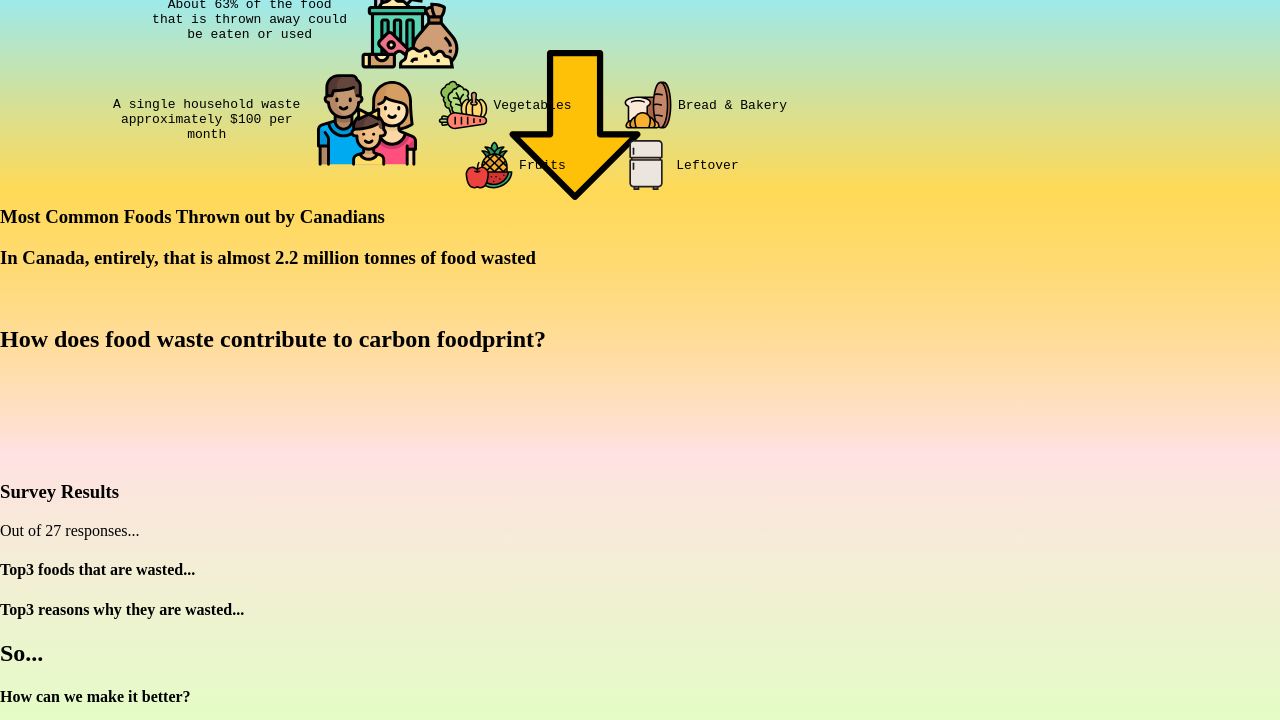
Repository: iorid3/Midterm
Page: index.html
An editor plug-in stored every save of this project. The page is shown before and after the next save, followed by the edit.
The browser window is 1280 px wide. The pictures show the whole page.
An inner scrolling area shows only its first screen.

Above is the page before, as saved 2021-03-08 12:42:12.
Not found: Images/crowd.svg

After the next save:
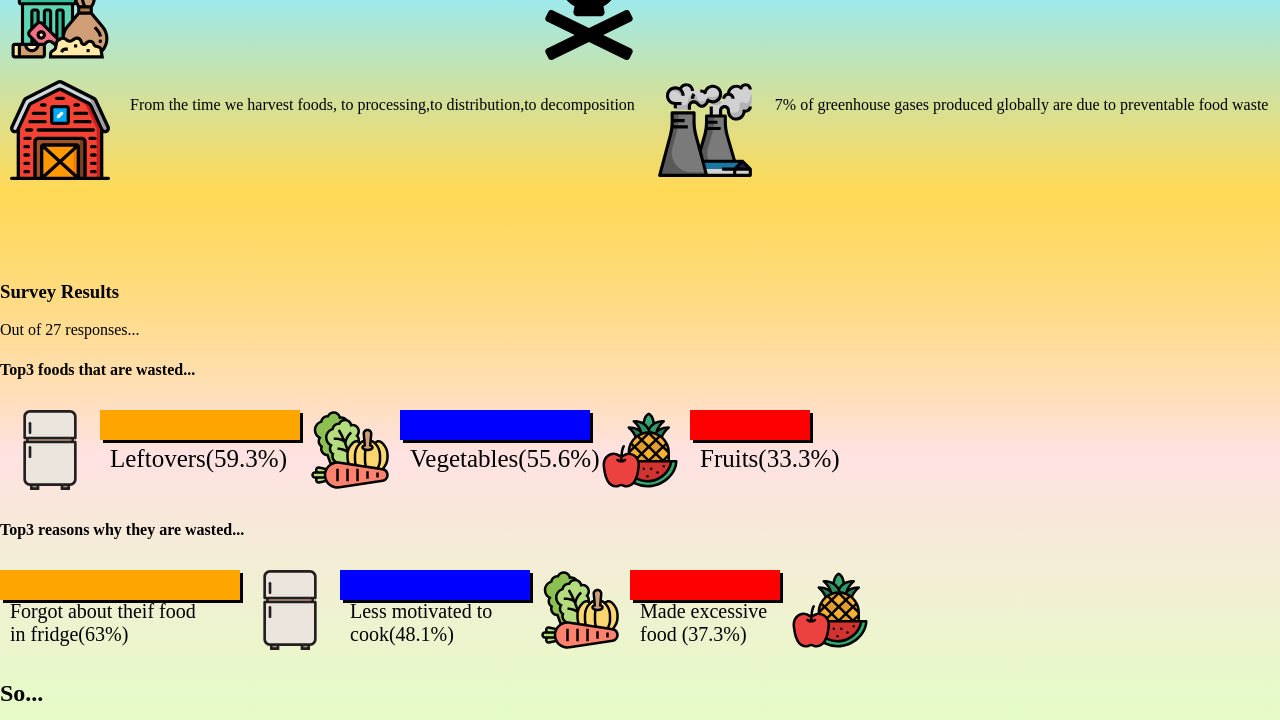
Saved 109 s later.
--- a/index.js
+++ b/index.js
@@ -1,23 +1,11 @@
 
-
-
-
-
-
-
-
-
-
-//add claudia's componenets
-
-document.querySelector(".comp3_1").innerHTML += Comp3UI('Average Canadian wastes 140kg of food in a year', 'Images/crowd.svg')
-document.querySelector(".comp3_2").innerHTML += Comp3UI('That’s worth about $1,100 Canadian dollars', 'Images/plant.svg')
-document.querySelector(".comp3_3").innerHTML += Comp3UI('About 63% of the food that is thrown away could be eaten or used', 'Images/garbage.svg')
-document.querySelector(".comp3_4").innerHTML += Comp3UI('A single household waste approximately $100 per month', 'Images/family.svg')
-
-document.querySelector(".comp4_1").innerHTML += Comp4UI('Images/vegetable.svg', 'Vegetables',70,370)
-document.querySelector(".comp4_2").innerHTML += Comp4UI('Images/bread.svg', 'Bread & Bakery',70,570)
-document.querySelector(".comp4_3").innerHTML += Comp4UI('Images/fruits.svg', 'Fruits',130,380)
-document.querySelector(".comp4_4").innerHTML += Comp4UI('Images/fridge.svg', 'Leftover',130,545)
-
-document.querySelector(".comp5").innerHTML += Comp5UI(50,500,'Images/down-arrow.svg')
+document.querySelector(".comp6").innerHTML +=  Carboncomp(text = "Waste food that ends up in the landfill produces methane gas",url= "Images/garbage.svg");
+document.querySelector(".comp6").innerHTML +=  Carboncomp(text ="which 21x more potent than carbon dioxide. It may give serious damage to our society. ",url ="Images/skull.svg" );
+document.querySelector(".comp6").innerHTML +=  Carboncomp(text = "From the time we harvest foods, to processing,to distribution,to decomposition", url ="Images/barn.svg");
+document.querySelector(".comp6").innerHTML +=  Carboncomp();
+document.querySelector(".comp7").innerHTML +=  Graphcomp("Images/fridge.svg",text ="Leftovers(59.3%)",color ="orange",width ="200px");
+document.querySelector(".comp7").innerHTML +=  Graphcomp("Images/vegetable.svg",text ="Vegetables(55.6%)",color ="blue",width ="190px");
+document.querySelector(".comp7").innerHTML +=  Graphcomp("Images/fruits.svg",text ="Fruits(33.3%)",color ="red",width ="120px");
+document.querySelector(".comp8").innerHTML +=  Graphcomp2("Images/fridge.svg",text ="Forgot about theif food in fridge(63%)",color ="orange",width ="240px");
+document.querySelector(".comp8").innerHTML +=  Graphcomp2("Images/vegetable.svg",text ="Less motivated to cook(48.1%)",color ="blue",width ="190px");
+document.querySelector(".comp8").innerHTML +=  Graphcomp2("Images/fruits.svg",text ="Made excessive food (37.3%)",color ="red",width ="150px");
